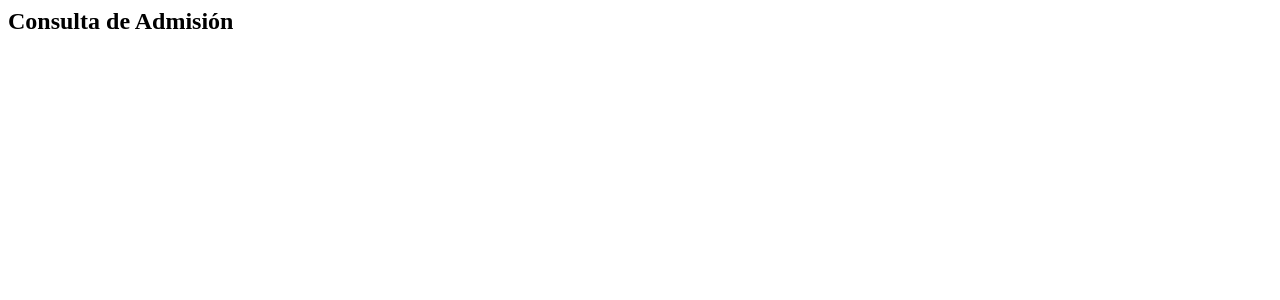
Repository: MatiNicolasur/Academia-de-matematicas
Page: frontend/src/app/pages/admision/admision.html
These files come from the project's save history. The page is drawn as it stood at one moment and after a run of saves; the edit follows.
The browser window is 1280 px wide. The pictures show the whole page.

Above is the page before, as saved 2025-11-13 03:01:05.

### frontend/src/app/pages/admision/admision.html
<div class="admision-container">

    <h2>Consulta de Admisión</h2>

    <form [formGroup]="rutForm" (ngSubmit)="enviar()" class="rut-form">

        <label for=""></label>
    </form>
</div>

After the next 2 saves:
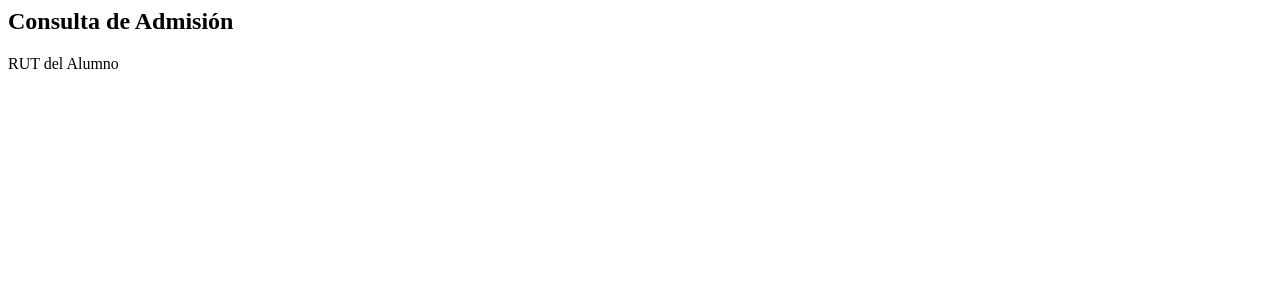
The 2 saves are shown as one change because they came seconds apart.
The last was saved 8 s later.
--- a/frontend/src/app/pages/admision/admision.html
+++ b/frontend/src/app/pages/admision/admision.html
@@ -4,6 +4,6 @@
 
     <form [formGroup]="rutForm" (ngSubmit)="enviar()" class="rut-form">
 
-        <label for=""></label>
+        <label>RUT del Alumno</label>
     </form>
 </div>
